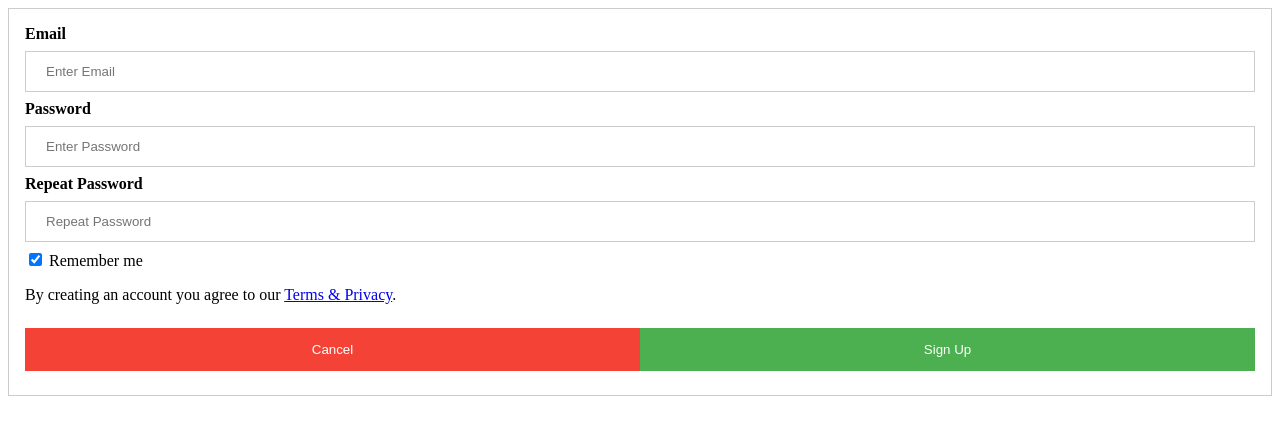
Repository: hamshini/demopro
Page: wippro/Application/WebContent/signup.html
An editor plug-in stored every save of this project. The page is shown before and after the next save, followed by the edit.
The browser window is 1280 px wide. The pictures show the whole page.

Above is the page before, as saved 2018-01-06 05:07:35.

After the next save:
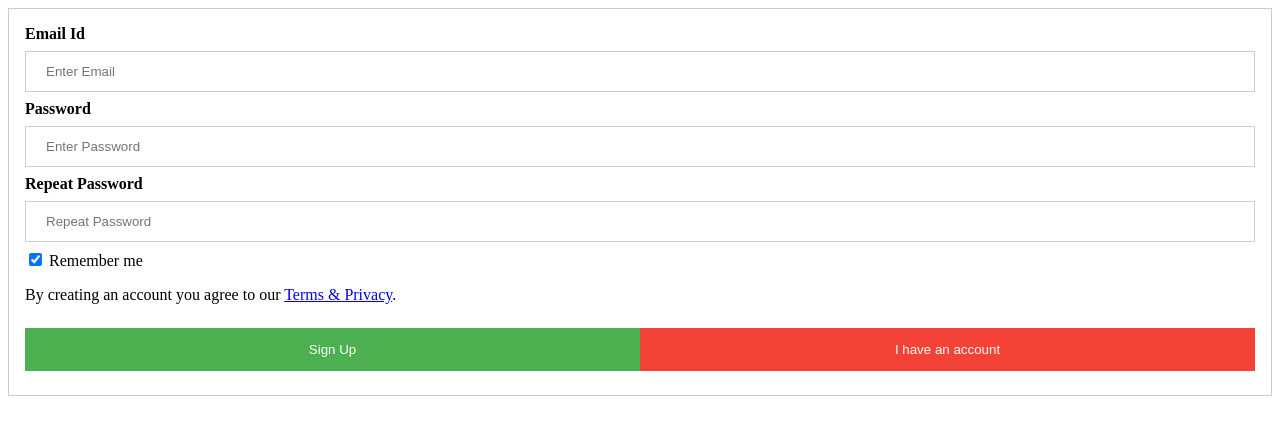
Saved 2 min 55 s later.
--- a/wippro/Application/WebContent/signup.html
+++ b/wippro/Application/WebContent/signup.html
@@ -2,7 +2,7 @@
 <html>
 <head>
 <meta charset="ISO-8859-1">
-<title>Insert title here</title>
+<title>signup</title>
 </head>
 <style>
 /* Full-width input fields */
@@ -61,7 +61,7 @@ button {
 
 <form action="/action_page.php" style="border:1px solid #ccc">
   <div class="container">
-    <label><b>Email</b></label>
+    <label><b>Email Id</b></label>
     <input type="text" placeholder="Enter Email" name="email" required>
 
     <label><b>Password</b></label>
@@ -73,8 +73,8 @@ button {
     <p>By creating an account you agree to our <a href="#">Terms & Privacy</a>.</p>
 
     <div class="clearfix">
-      <button type="button" class="cancelbtn">Cancel</button>
       <button type="submit" class="signupbtn">Sign Up</button>
+      <button type="button" class="cancelbtn">I have an account</button>
     </div>
   </div>
 </form>
